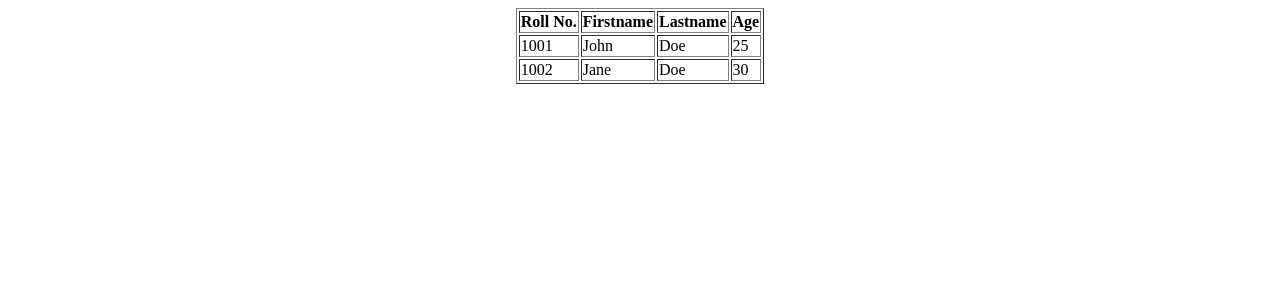
Repository: ankitgujre01/HTMLgeeks
Page: table.html
These files come from the project's save history. The page is drawn as it stood at one moment and after the next save; the edit follows.
The browser window is 1280 px wide. The pictures show the whole page.

Above is the page before, as saved 2025-09-03 23:09:19.

After the next save:
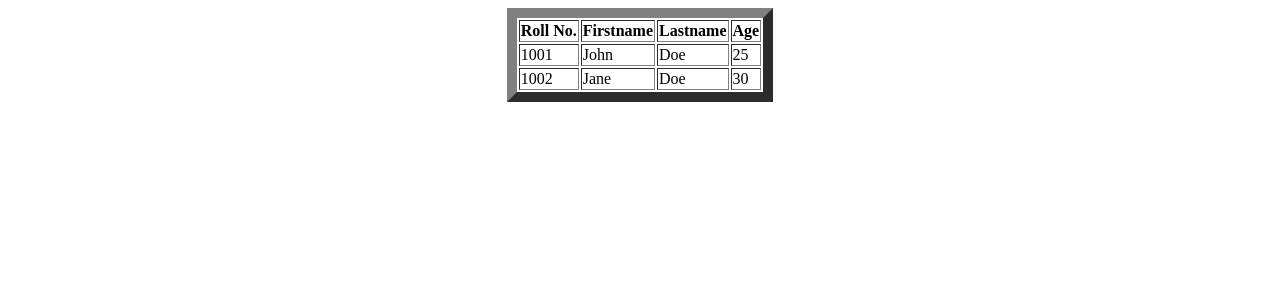
Saved 16 s later.
--- a/table.html
+++ b/table.html
@@ -4,7 +4,7 @@
         <title>Table</title>
     </head>
     <body>
-        <table border="1" align="center">
+        <table border="10" align="center">
             <th>Roll No.</th>
             <th>Firstname</th>
             <th>Lastname</th>
